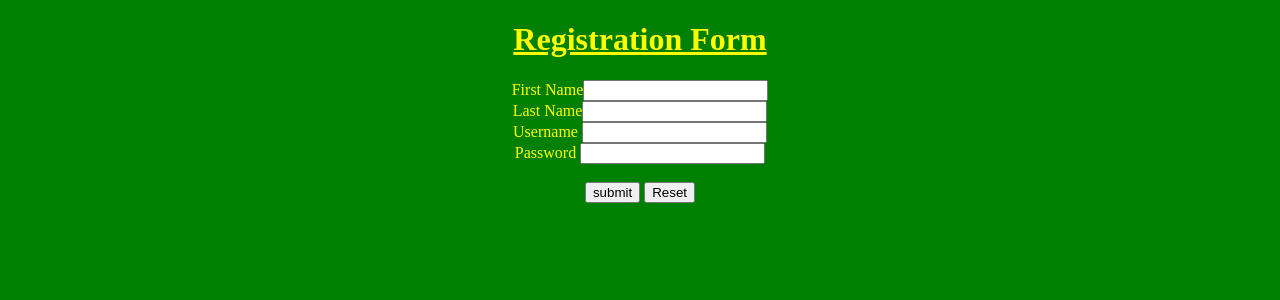
Repository: venugopalakrishnamylavarapu/Naresh-It-Full-Stack-java-Developer
Page: Advanced Java/Coding/Login/src/main/webapp/reg.html
An editor plug-in stored every save of this project. The page is shown before and after a run of saves, followed by the edit.
The browser window is 1280 px wide. The pictures show the whole page.

Above is the page before, as saved 2023-02-08 15:23:54.

### Advanced Java/Coding/Login/src/main/webapp/reg.html
<!DOCTYPE html>
<html>
<head>
<meta charset="ISO-8859-1">
<title>Insert title here</title>
</head>
<body bgcolor="green" text="Yellow">
<center>
<h1><u>Registration Form</u></h1>
<form action="reg" method="POST">
First Name<input type="text"><br>
Last Name<input type="text"><br>
Username <input type="text" name="uname"><br>
Password <input type="password" name="pword"><br><br>
<input type="submit" value="submit">&nbsp<input type="reset">
</form>
</center>
</body>
</html>

After the next 2 saves:
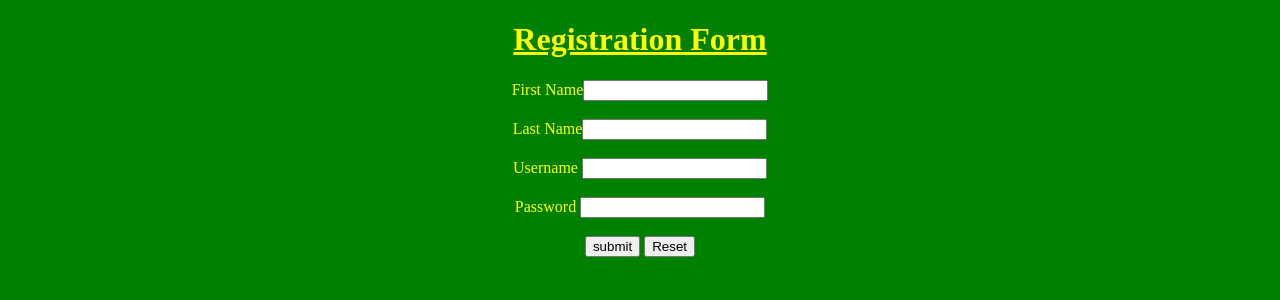
The 2 saves are shown as one change because they came seconds apart.
The last was saved 27 s later.
--- a/Advanced Java/Coding/Login/src/main/webapp/reg.html
+++ b/Advanced Java/Coding/Login/src/main/webapp/reg.html
@@ -8,9 +8,9 @@
 <center>
 <h1><u>Registration Form</u></h1>
 <form action="reg" method="POST">
-First Name<input type="text"><br>
-Last Name<input type="text"><br>
-Username <input type="text" name="uname"><br>
+First Name<input type="text"><br><br>
+Last Name<input type="text"><br><br>
+Username <input type="text" name="uname"><br><br>
 Password <input type="password" name="pword"><br><br>
 <input type="submit" value="submit">&nbsp<input type="reset">
 </form>
